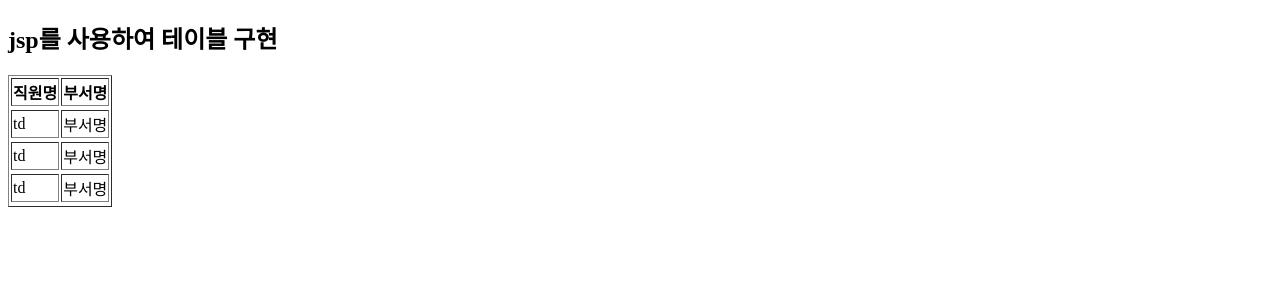
Repository: jihyeon00/java_web_sol
Page: http://localhost/jspweb_07/forstat_ex.jsp
These files come from the project's save history. The page is drawn as it stood at one moment and after the next save; the edit follows.
The browser window is 1280 px wide. The pictures show the whole page.
The page is served by Tomcat 9.

Above is the page before, as saved 2024-01-11 00:44:26.

After the next save:
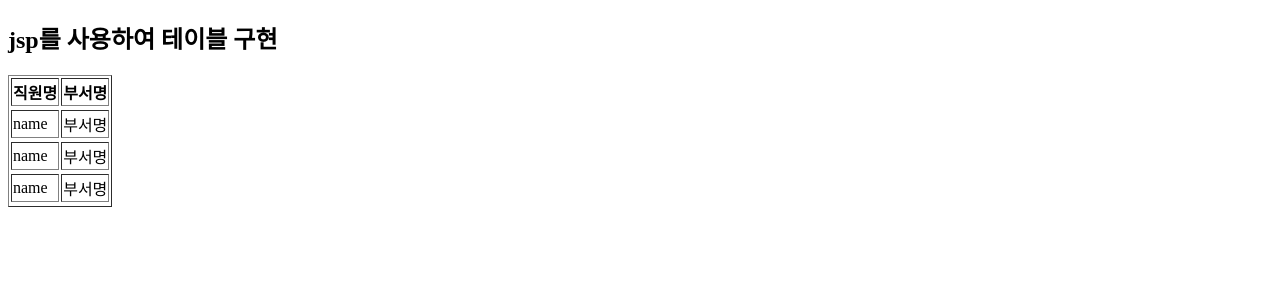
Saved 2 min 15 s later.
--- a/workspace_stsb/jspweb_07/src/main/webapp/forstat_ex.jsp
+++ b/workspace_stsb/jspweb_07/src/main/webapp/forstat_ex.jsp
@@ -27,7 +27,7 @@
 
 		for(String td : name){
 		out.println("<tr>");
-		out.println("<td>td</td>");
+		out.println("<td>name</td>");
 		out.println("<td>부서명</td>");
 		out.println("<tr>");
 
